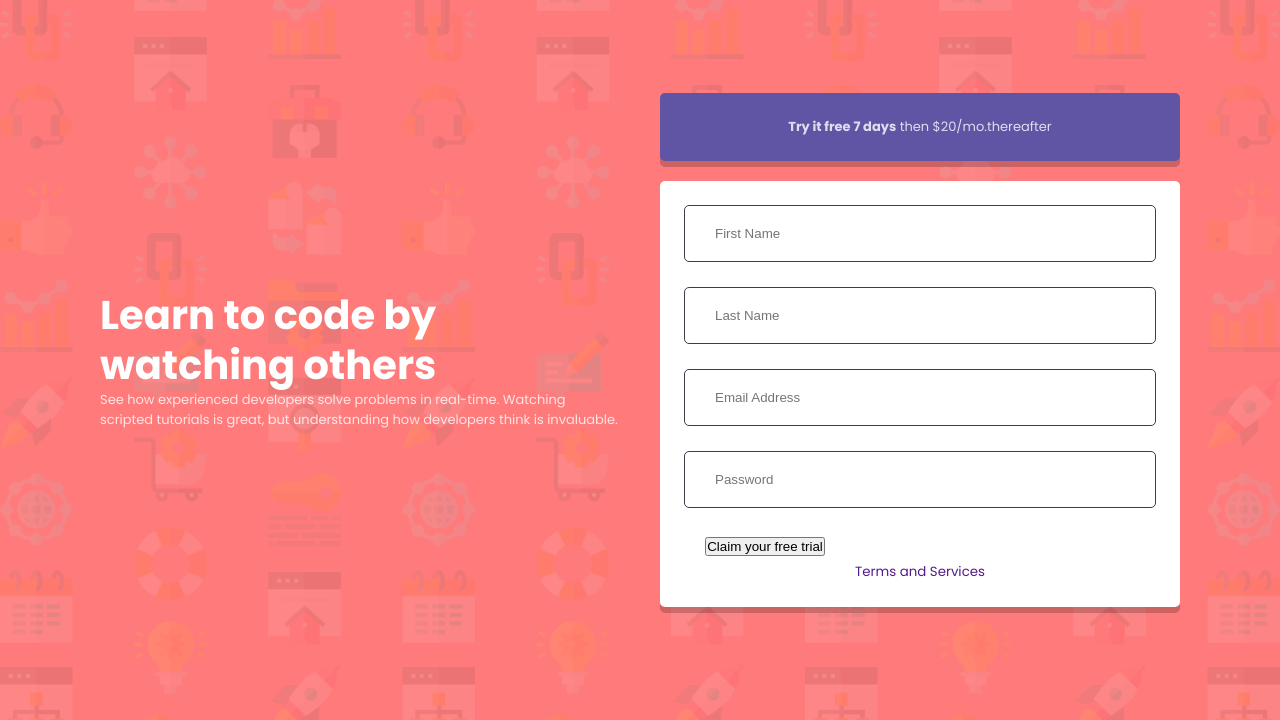
Repository: Akashiii1/WebSignup_Form_Day2
Page: index.html
An editor plug-in stored every save of this project. The page is shown before and after the next save, followed by the edit.
The browser window is 1280 px wide. The pictures show the whole page.

Above is the page before, as saved 2021-12-19 17:00:55.

After the next save:
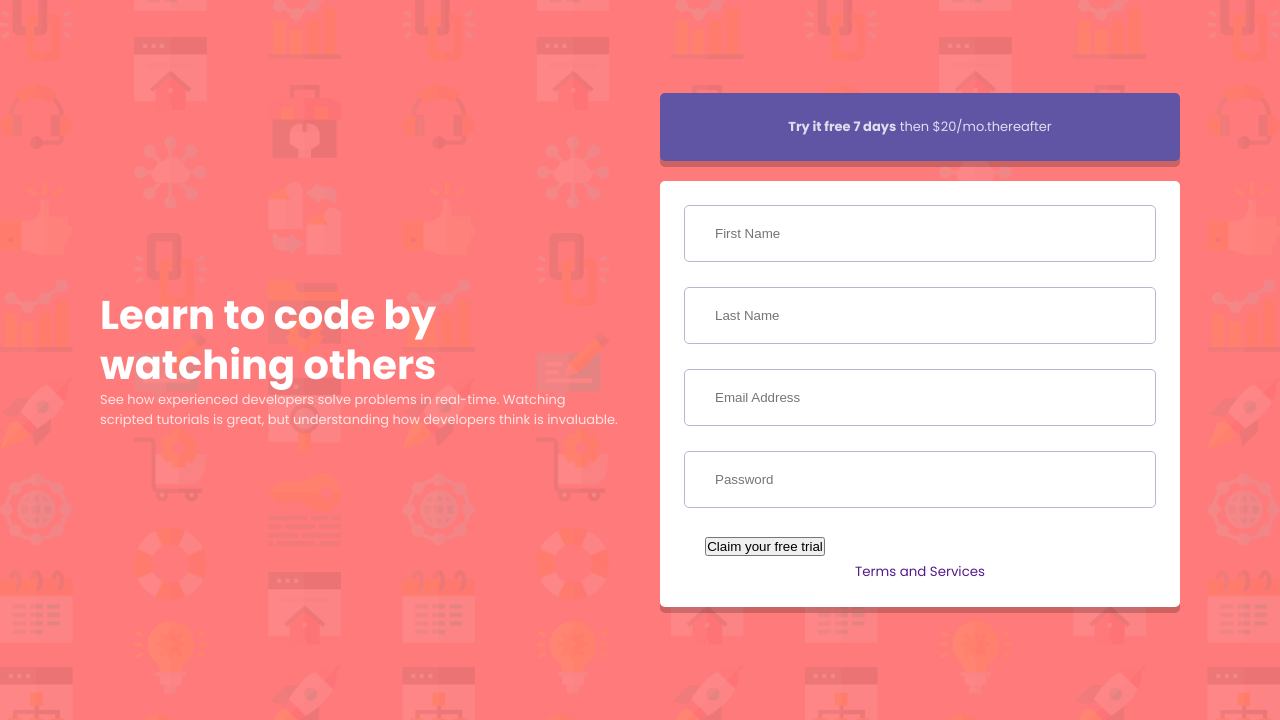
Saved 29 s later.
--- a/style.css
+++ b/style.css
@@ -83,7 +83,7 @@ input{
   padding: 20px 30px;
   border-radius: 5px;
   outline: none;
-  border: 1px solid hsl(249, 10%, 26%) ;
+  border: 1px solid hsl(246, 25%, 77%) ;
 }
 input:active{
   border-color: hsl(248, 32%, 49%);
